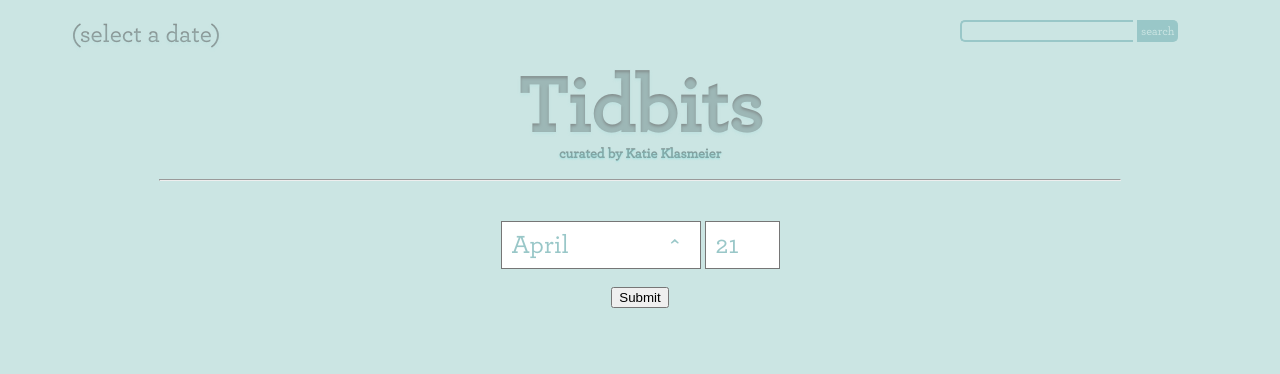
Repository: kklasmei/kklasmei.github.io
Page: tidbits/home.html
The author's editor kept a record of every edit. The page is drawn from the files as they stood at one moment, then again after the next edit.
The browser window is 1280 px wide. The pictures show the whole page.

Above is the page before.

### tidbits/home.html
<html>
    <head>
        <title>Tidbits</title>
        <link rel="stylesheet" href="tidbits.css">
    </head>

    <body>

    <div id="search">
		<form id="searchbody" method="get" action="tidbits/home.html">
		        <input type="text" class="bar" maxlength="70">
		        <input type="submit" value="search" class="button">
		</form>
		<p1> (select a date) </p1>
	<div class="tfclear"></div>
	</div>

        <h1> Tidbits </h1>
        <h2> curated by Katie Klasmeier </h2>
        <hr>
<div class= "date">
    <div class= "month">
        <select name="month">
    	<option value="1" disabled>January</option>
    	<option value="2" disabled>February</option>
    	<option value="3" disabled>March</option>
    	<option value="4">April &nbsp;&nbsp;&nbsp;&nbsp;&nbsp;&nbsp;&nbsp;&nbsp;&nbsp;&nbsp;&nbsp;&nbsp;&nbsp;&nbsp;&nbsp;&nbsp;^</option>
    	<option value="5" disabled>May</option>
    	<option value="6" disabled>June</option>
    	<option value="7" disabled>July</option>
    	<option value="8" disabled>August</option>
    	<option value="9" disabled>September</option>
    	<option value="10" disabled>October</option>
    	<option value="11" disabled>November</option>
    	<option value="12" disabled>December</option>
    </select></div>

    <div class="day">
        <select name="day">
    	<option value="1" disabled>1</option>
    	<option value="2" disabled>2</option>
    	<option value="3" disabled>3</option>
    	<option value="4" disabled>4</option>
    	<option value="5" disabled>5</option>
    	<option value="6" disabled>6</option>
    	<option value="7" disabled>7</option>
    	<option value="8" disabled>8</option>
    	<option value="9" disabled>9</option>
    	<option value="10" disabled>10</option>
    	<option value="11" disabled>11</option>
    	<option value="12" disabled>12</option>
    	<option value="13" disabled>13</option>
    	<option value="14" disabled>14</option>
    	<option value="15" disabled>15</option>
    	<option value="16" disabled>16</option>
    	<option value="17" disabled>17</option>
    	<option value="18" disabled>18</option>
    	<option value="19" disabled>19</option>
    	<option value="20" disabled>20</option>
    	<option value="21">21</option>
    	<option value="22" disabled>22</option>
    	<option value="23" disabled>23</option>
    	<option value="24" disabled>24</option>
    	<option value="25" disabled>25</option>
    	<option value="26" disabled>26</option>
    	<option value="27" disabled>27</option>
    	<option value="28" disabled>28</option>
    	<option value="29" disabled>29</option>
    	<option value="30" disabled>30</option>
    	<option value="31" disabled>31</option>
    </select></div>
</div>
    	<br>

    <div class="submit"><input type="submit" value="Submit"></div>



    </body>
</html>

### tidbits/tidbits.css
@font-face {
  font-family: 'Archer-Medium';
  src: url('Archer-Medium/Archer-Medium.eot?#iefix') format('embedded-opentype'),  url('Archer-Medium/Archer-Medium.otf')  format('opentype'),
	     url('Archer-Medium/Archer-Medium.woff') format('woff'), url('Archer-Medium.ttf')  format('truetype'), url('Archer-Medium/Archer-Medium.svg#Archer-Medium') format('svg');
  font-weight: normal;
  font-style: normal;
}

h1 {
    text-align: center;
    font-size: 80;
    padding-top: 10;
    margin-bottom: -10;
    margin-top: 0;
    font-family: 'Archer-Medium';
    opacity: .6;
    background-color: #565656;
    color: transparent;
    text-shadow: 0px 2px 3px rgba(167,219,219,.5);
  -webkit-background-clip: text;
     -moz-background-clip: text;
          background-clip: text;
}

h2 {
    text-align: center;
    font-size: 14;
    font-family: 'Archer-Medium';
    opacity: .6;
    background-color: #565656;
    padding-bottom: 8;
    padding-top: -40;
    margin: 0;
    color: transparent;
    text-shadow: 0px 1px 2px rgba(68,219,219,.5);
  -webkit-background-clip: text;
     -moz-background-clip: text;
          background-clip: text;
}

body {
    background: #cbe5e3;
    margin: 0;
    padding: 0;
}

hr {
    margin-bottom: 40;
    width: 75%;
    color: #44dbdb;
    display: block;
    height: 0;
}

.submit {
    text-align: center;
}

.month, .day {
    display: inline;
}

.date {
    text-align: center;
}

#searchbody {
	float: right;
	padding-left: 75%;
	padding-top: 20px;
	margin-right: 20px;
	position: absolute;
}

option {
    font-size: 30px;
}

.bar {
		margin: 0;
		padding: 2px 10px;
		font-family: 'Archer-Medium';
		font-size: 12px;
		border: 2px solid #99c7c8; border-right: 0px;
		border-top-left-radius: 5px 5px;
		border-bottom-left-radius: 5px 5px;
		background-color: transparent;
}

.bar:focus {
    outline: none;
}

.button {
		margin: 0;
		padding: 3px 3px;
		font-family: 'Archer-Medium';
		font-size: 12px;
		cursor: pointer;
		text-align: center;
		outline: none;
		color: #cbe5e3;
		border: solid 1px #99c7c8; border-right:0px;
		background: #99c7c8;
		background: -webkit-gradient(linear, left top, left bottom, from(#99c7c8), to(#99c7c8));
		background: -moz-linear-gradient(top,  #99c7c8,  #99c7c8);
		border-top-right-radius: 5px 5px;
		border-bottom-right-radius: 5px 5px;
	}
	.tfbutton:hover {
		text-decoration: none;
		background: #99c7c8;
		background: -webkit-gradient(linear, left top, left bottom, from(#99c7c8), to(#99c7c8));
		background: -moz-linear-gradient(top,  #99c7c8,  #99c7c8);
	}
	/* Fixes submit button height problem in Firefox */
	.tfbutton::-moz-focus-inner {
	  border: 0;
	}
	.tfclear{
		clear:both;
	}

p1 {
    font-family: 'Archer-Medium';
    float: left;
    font-size: 25;
    padding-top: 20px;
    margin-left: 20px;
    padding-left: 4%;
    opacity: .6;
    background-color: #565656;
    color: transparent;
    text-shadow: 0px 2px 3px rgba(167,219,219,.5);
  -webkit-background-clip: text;
     -moz-background-clip: text;
          background-clip: text;
}

p1, #searchbody {
    display: inline;
}

.imgs {
    margin-left: auto;
    margin-right: auto;
    width: 75%;
}

.month select {
  background: #fff;
  width: 200px;
  height: 48px;
  font-family: Archer-Medium;
  padding-left: 10px;
  font-size: 26px;
  border: 1;
  border-radius: 10;
  -webkit-appearance: none;
  color: #99c7c8;
  cursor: pointer;
}

.month {
  width: 140px;
  height: 64px;
  overflow: hidden;
  background: url("imgs/triangle.png") no-repeat right #fff;
  border: 0px solid #000;
  border-radius: 4px;
  cursor: pointer;
}

.day select {
  background: #fff;
  width: 75px;
  height: 48px;
  font-family: Archer-Medium;
  padding-left: 10px;
  font-size: 26px;
  border: 1;
  border-radius: 10;
  -webkit-appearance: none;
  color: #99c7c8;
  cursor: pointer;
}

.day {
  width: 140px;
  height: 64px;
  overflow: hidden;
  background: url("imgs/triangle.png") no-repeat right #fff;
  border: 0px solid #000;
  border-radius: 4px;
}

After the next edit:
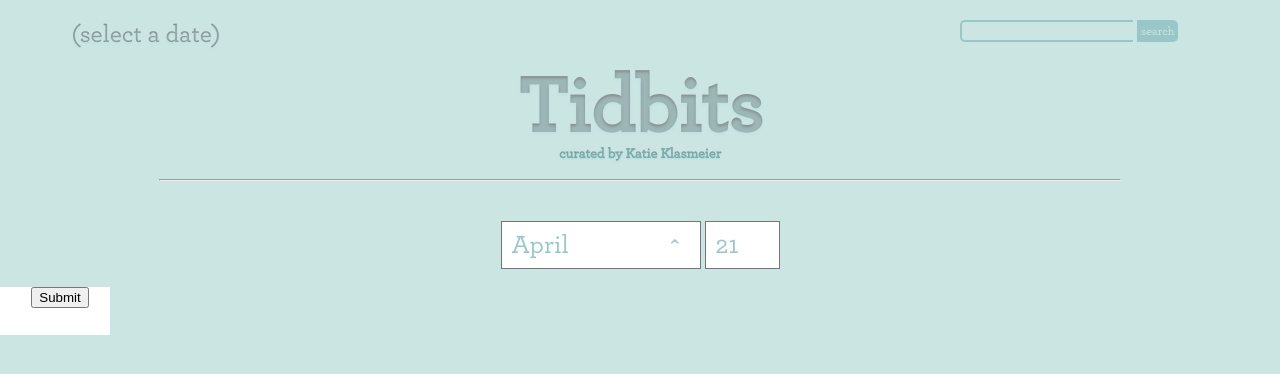
The edit:
--- a/tidbits/tidbits.css
+++ b/tidbits/tidbits.css
@@ -54,6 +54,18 @@
 
 .submit {
     text-align: center;
+    background: #fff;
+  width: 100px;
+  height: 48px;
+  font-family: Archer-Medium;
+  padding-left: 10px;
+  font-size: 26px;
+  border: 1;
+  border-radius: 10;
+  -webkit-appearance: none;
+  color: #99c7c8;
+  cursor: pointer;
+
 }
 
 .month, .day {

After the edit that followed:
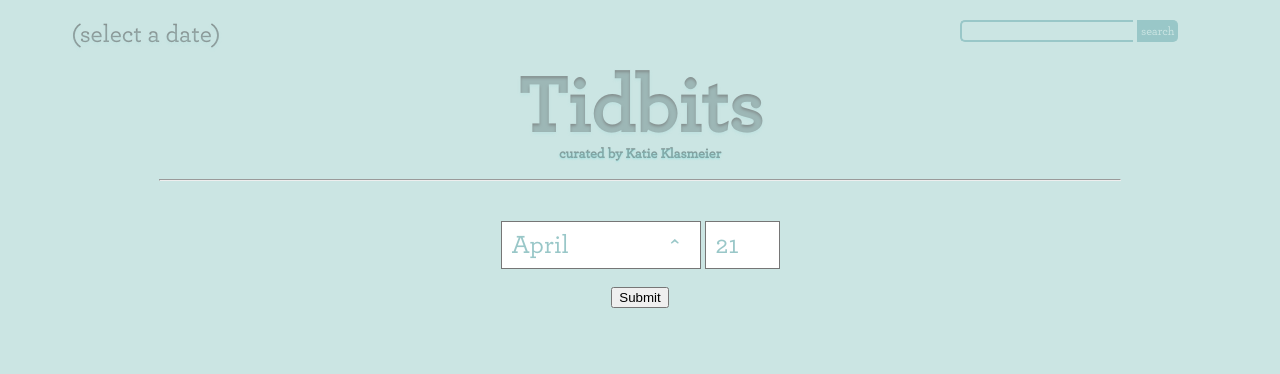
The edit:
--- a/tidbits/tidbits.css
+++ b/tidbits/tidbits.css
@@ -54,18 +54,6 @@
 
 .submit {
     text-align: center;
-    background: #fff;
-  width: 100px;
-  height: 48px;
-  font-family: Archer-Medium;
-  padding-left: 10px;
-  font-size: 26px;
-  border: 1;
-  border-radius: 10;
-  -webkit-appearance: none;
-  color: #99c7c8;
-  cursor: pointer;
-
 }
 
 .month, .day {
